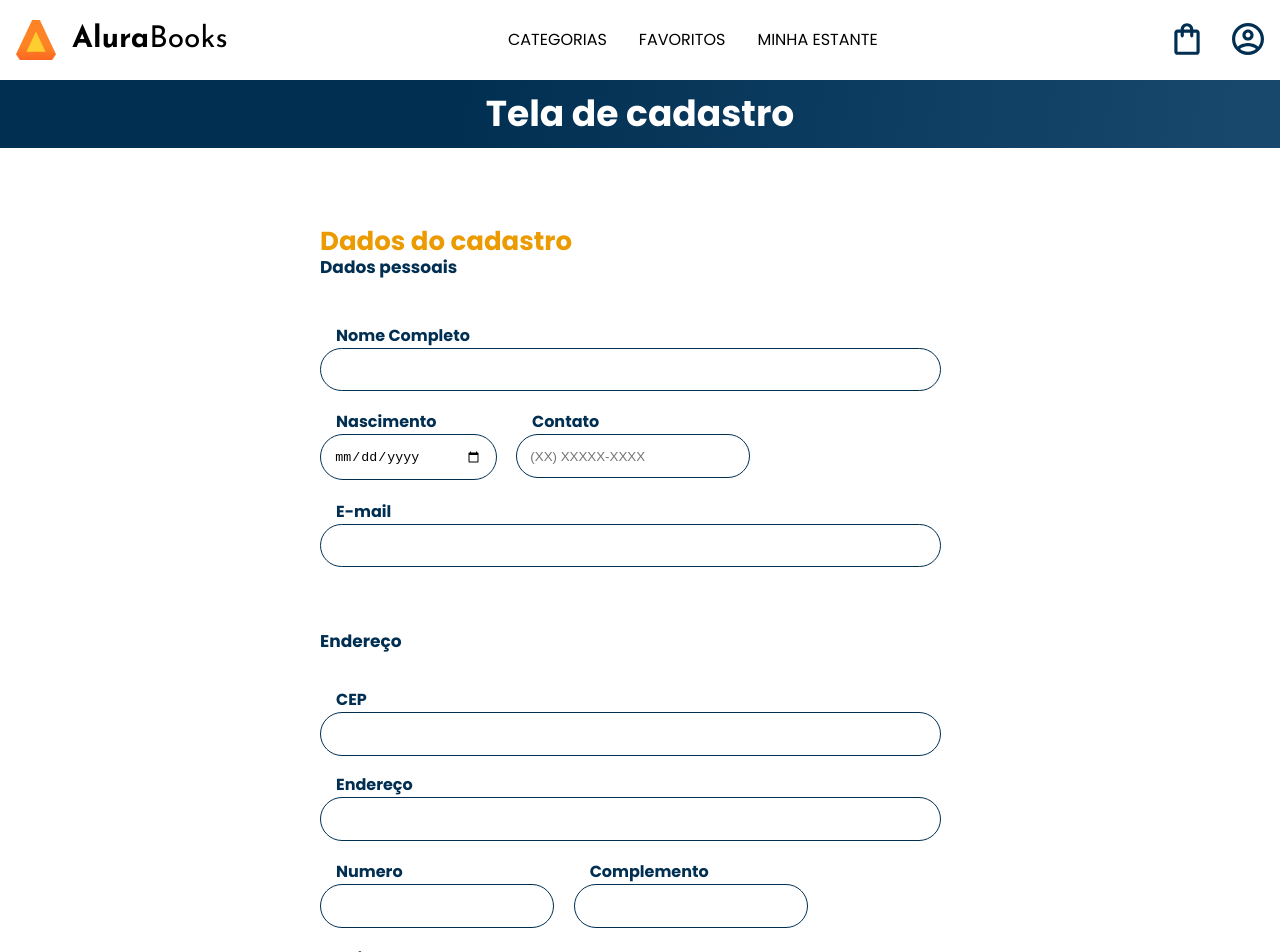
Repository: joaoPraiaJunior/viacep
Page: index.html
An editor plug-in stored every save of this project. The page is shown before and after the next save, followed by the edit.
The browser window is 1280 px wide. The pictures show the part of the page from y = 0 to 952 px (the page is 1844 px tall before and 1885 px after).
A picture or video elsewhere on the page could not be fetched, so the positions and the page height are approximate.

Above is the page before, as saved 2024-07-25 21:31:31.

### index.html
<!DOCTYPE html>
<html lang="pt-BR" dir="ltr">

<head>
    <meta charset="UTF-8">
    <meta http-equiv="X-UA-Compatible" content="IE=edge">
    <meta name="viewport" content="width=device-width, initial-scale=1.0">
    <link rel="stylesheet" href="./styles/reset.css">
    <link rel="preconnect" href="https://fonts.googleapis.com">
    <link rel="preconnect" href="https://fonts.gstatic.com" crossorigin>
    <link href="https://fonts.googleapis.com/css2?family=Poppins:wght@300;400;500;700&display=swap" rel="stylesheet">
    <link rel="stylesheet" href="https://unpkg.com/swiper@8/swiper-bundle.min.css" />
    <link href="https://fonts.googleapis.com/css2?family=Josefin+Sans:wght@400;700&display=swap" rel="stylesheet">
    <link rel="stylesheet" href="./styles/styles.css">
    <title>Formulário de cadastro</title>
</head>

<body>

    <header class="cabeçalho">
        <div class="container">
            <input type="checkbox" id="menu" class="container__botao">
            <label for="menu" class="container__rotulo">
                <span class="cabeçalho__menu-hamburguer container__imagem"></span>
            </label>
            <ul class="lista-menu">
                <li class="lista-menu__titulo">Categorias</li>
                <li class="lista-menu__item">
                    <a href="#" class="lista-menu__link">Programação</a>
                </li>
                <li class="lista-menu__item">
                    <a href="#" class="lista-menu__link">Front-end</a>
                </li>
                <li class="lista-menu__item">
                    <a href="#" class="lista-menu__link">Infraestrutura</a>
                </li>
                <li class="lista-menu__item">
                    <a href="#" class="lista-menu__link">Business</a>
                </li>
                <li class="lista-menu__item">
                    <a href="#" class="lista-menu__link">Design & UX</a>
                </li>
            </ul>
            <img src="img/Logo.svg" alt="Logo da Alurabooks" class="container__imagem">
            <h1 class="container__titulo"><b class="container__titulo--negrito">Alura</b>Books</h1>
        </div>

        <ul class="opções">
            <input type="checkbox" id="opções-menu" class="opções__botão">
            <li class="opções__item"><a href="#" class="opções__link">Categorias</a></li>
            <li class="opções__item"><a href="#" class="opções__link">Favoritos</a></li>
            <li class="opções__item"><a href="#" class="opções__link">Minha estante</a></li>
        </ul>

        <div class="container">
            <a href="#"><img src="img/Favoritos.svg" alt="Meus favoritos"
                    class="container__imagem container__imagem-transparente"></a>
            <a href="#" class="container__link">
                <img src="img/Compras.svg" alt="Carrinhos de compras" class="container__imagem">
                <p class="container__texto">Minha sacola</p>
            </a>
            <a href="#" class="container__link">
                <img src="img/Usuario.svg" alt="Meu perfil" class="container__imagem">
                <p class="container__texto">Meu perfil</p>
            </a>
        </div>
    </header>

    <section class="banner">
        <h2 class="banner__titulo">Tela de cadastro</h2>
    </section>

    <main class="principal">
        <h2 class="principal__titulo">Dados do cadastro</h2>

        <form class="principal__formulario" id="formulario" target="_blank"
            onsubmit="location.replace('./cadastro-finalizado.html')" data-js="formulario">
            <fieldset>
                <legend class="principal__subtitulo">Dados pessoais</legend>
                <div class="formulario__campo">
                    <label class="campo__etiqueta" for="nome">Nome Completo</label>
                    <input name="nome" id="nome" class="campo__escrita" required />
                </div>
                <div class="formulario__dupla">
                    <div class="formulario__campo">
                        <label class="campo__etiqueta" for="nascimento">Nascimento</label>
                        <input name="nascimento" id="nascimento" type="date" class="campo__escrita" required />
                    </div>
                    <div class="formulario__campo">
                        <label class="campo__etiqueta" for="telefone">Contato</label>
                        <input name="telefone" id="telefone" type="tel" placeholder="(XX) XXXXX-XXXX" class="campo__escrita"
                            required />
                    </div>
                </div>
                <div class="formulario__campo">
                    <label class="campo__etiqueta" for="email">E-mail</label>
                    <input name="email" id="email" type="email" class="campo__escrita" required />
                </div>
            </fieldset>

            <h3 class="principal__subtitulo">Endereço</h3>

            <div class="formulario__campo">
                <label class="campo__etiqueta" for="cep">CEP</label>
                <input name="cep" id="cep" class="campo__escrita" required />
                <div id="erro" class="formulario__erro" data-js="mensagem-de-erro"></div>
            </div>

            <div class="formulario__campo">
                <label class="campo__etiqueta" for="endereco">Endereço</label>
                <input name="endereco" id="endereco" class="campo__escrita" required />
            </div>
            <div class="formulario__dupla">
                <div class="formulario__campo">
                    <label class="campo__etiqueta" for="numero">Numero</label>
                    <input name="numero" id="numero" class="campo__escrita" required />
                </div>
                <div class="formulario__campo">
                    <label class="campo__etiqueta" for="complemento">Complemento</label>
                    <input name="complemento" id="complemento" class="campo__escrita" />
                </div>
            </div>
            <div class="formulario__campo">
                <label class="campo__etiqueta" for="bairro">Bairro</label>
                <input name="bairro" id="bairro" class="campo__escrita" required />
            </div>
            <div class="formulario__dupla">
                <div class="formulario__campo">
                    <label class="campo__etiqueta" for="cidade">Cidade</label>
                    <input name="cidade" id="cidade" class="campo__escrita" required />
                </div>

                <div class="formulario__campo">
                    <label class="campo__etiqueta" for="estado">UF</label>
                    <select id="estado" name="estado" class="campo__escrita">
                        <option value="AC">Acre</option>
                        <option value="AL">Alagoas</option>
                        <option value="AP">Amapá</option>
                        <option value="AM">Amazonas</option>
                        <option value="BA">Bahia</option>
                        <option value="CE">Ceará</option>
                        <option value="DF">Distrito Federal</option>
                        <option value="ES">Espírito Santo</option>
                        <option value="GO">Goiás</option>
                        <option value="MA">Maranhão</option>
                        <option value="MT">Mato Grosso</option>
                        <option value="MS">Mato Grosso do Sul</option>
                        <option value="MG">Minas Gerais</option>
                        <option value="PA">Pará</option>
                        <option value="PB">Paraíba</option>
                        <option value="PR">Paraná</option>
                        <option value="PE">Pernambuco</option>
                        <option value="PI">Piauí</option>
                        <option value="RJ">Rio de Janeiro</option>
                        <option value="RN">Rio Grande do Norte</option>
                        <option value="RS">Rio Grande do Sul</option>
                        <option value="RO">Rondônia</option>
                        <option value="RR">Roraima</option>
                        <option value="SC">Santa Catarina</option>
                        <option value="SP">São Paulo</option>
                        <option value="SE">Sergipe</option>
                        <option value="TO">Tocantins</option>
                        <option value="EX">Estrangeiro</option>
                    </select>
                </div>

            </div>


            <input type="submit" value="Enviar formulário" class="formulario__botao" id="enviar">
        </form>
    </main>

    <hr>
    <footer class="rodapé">
        <h2 class="rodapé__titulo">Grupo Alura</h2>
        <ul class="lista-rodapé">
            <li class="lista-rodapé__titulo">Educação</li>
            <li class="lista-rodapé__item">
                <img src="img/CasaDoCodigo.svg" alt="Logo da casa do código">
                <a href="https://www.casadocodigo.com.br/" class="lista-rodapé__link">Casa do código</a>
            </li>
            <li class="lista-rodapé__item">
                <img src="img/Caelum.svg" alt="Logo da caelum">
                <a href="https://caelum.com.br/" class="lista-rodapé__link">Caelum</a>
            </li>
        </ul>

        <ul class="lista-rodapé">
            <li class="lista-rodapé__titulo">Educação online</li>
            <li class="lista-rodapé__item">
                <img src="img/Alura.svg" alt="Logo da Alura">
                <a href="https://www.alura.com.br/" class="lista-rodapé__link">Alura</a>
            </li>
            <li class="lista-rodapé__item">
                <img src="img/AluraEmpresas.svg" alt="Logo da Alura para Empresas">
                <a href="https://www.alura.com.br/empresas" class="lista-rodapé__link">Alura para Empresas</a>
            </li>
            <li class="lista-rodapé__item">
                <img src="img/AluraLATAM.svg" alt="Logo da Alura Latam">
                <a href="https://www.aluracursos.com/" class="lista-rodapé__link">Alura LATAM</a>
            </li>
            <li class="lista-rodapé__item">
                <img src="img/AluraStart.svg" alt="Logo da Alura START">
                <a href="https://www.alurastart.com.br/" class="lista-rodapé__link">Alura Start</a>
            </li>
            <li class="lista-rodapé__item">
                <img src="img/MusicDot.svg" alt="Logo da Music Dot">
                <a href="https://www.musicdot.com.br/" class="lista-rodapé__link">Music Dot</a>
            </li>
            <li class="lista-rodapé__item">
                <img src="img/AluraLingua.svg" alt="Logo da Alura Lingua">
                <a href="https://www.aluralingua.com.br/" class="lista-rodapé__link">Alura Lingua</a>
            </li>
            <li class="lista-rodapé__item">
                <img src="img/PM3.svg" alt="Logo da PM3">
                <a href="https://www.cursospm3.com.br/" class="lista-rodapé__link">PM3</a>
            </li>
        </ul>

        <ul class="lista-rodapé">
            <li class="lista-rodapé__titulo">Comunidade</li>
            <li class="lista-rodapé__item">
                <img src="img/HipstersTech.svg" alt="Logo do Hipsters ponto Tech">
                <a href="https://hipsters.tech/" class="lista-rodapé__link">Hipsters ponto Tech</a>
            </li>
            <li class="lista-rodapé__item">
                <img src="img/ScubaDev.svg" alt="Logo do Scuba Dev">
                <a href="https://scuba.dev.br/" class="lista-rodapé__link">Scuba Dev</a>
            </li>
            <li class="lista-rodapé__item">
                <img src="img/LayersTech.svg" alt="Logo do Layers ponto Tech">
                <a href="https://layerspontotech.com.br/" class="lista-rodapé__link">Layers ponto Tech</a>
            </li>
            <li class="lista-rodapé__item">
                <img src="img/LikeABoss.svg" alt="Logo do Like a Boss">
                <a href="https://likeaboss.com.br/" class="lista-rodapé__link">Like a Boss</a>
            </li>
            <li class="lista-rodapé__item">
                <img src="img/CarreiraSemFronteira.svg" alt="Logo do Carreira sem fronteiras">
                <a href="https://www.carreirasemfronteiras.com.br/" class="lista-rodapé__link">Carreira sem
                    fronteiras</a>
            </li>
            <li class="lista-rodapé__item">
                <img src="img/HipstersJobs.svg" alt="Logo do Hipsters ponto jobs">
                <a href="https://hipsters.jobs/" class="lista-rodapé__link">Hipsters ponto jobs</a>
            </li>
            <li class="lista-rodapé__item">
                <img src="img/GUJ.svg" alt="Logo do GUJ">
                <a href="https://www.guj.com.br/" class="lista-rodapé__link">GUJ</a>
            </li>
        </ul>
    </footer>

    <script src="./js/script.js"></script>
</body>

</html>

### styles/header.css
.cabeçalho__menu-hamburguer {
    width: 24px;
    height: 24px;
    background-image: url("../img/Menu.svg");
    background-repeat: no-repeat;
    background-position: center;
    display: inline-block;
}

.container__botao:checked~.container__rotulo>.cabeçalho__menu-hamburguer {
    background-image: url("../img/Menu Aberto.svg");
}

.container__botao:checked~.container__rotulo {
    background: var(--azul-degrade);
}

.cabeçalho {
    background-color: var(--branco);
    display: flex;
    justify-content: space-between;
    align-items: center;
    position: relative;
}

.container {
    display: flex;
    align-items: center;
}

.container__imagem {
    padding: 1em;
}

.lista-menu {
    display: none;
    position: absolute;
    top: 100%;
    width: 60vw;
}

.container__botao:checked~.lista-menu {
    display: block;
}

.lista-menu__titulo,
.lista-menu__item {
    padding: 1em;
    background-color: var(--branco);
}

.lista-menu__titulo {
    color: var(--laranja);
    font-weight: 700;
}

.lista-menu__link {
    background: var(--azul-degrade);
    -webkit-background-clip: text;
    -webkit-text-fill-color: transparent;
    background-clip: text;
    text-transform: uppercase;
}

.container__botao {
    display: none;
}

.container__titulo {
    display: none;
}

.opções {
    display: none;
}

.container__texto {
    display: none;
}

@media screen and (min-width: 1024px) {

    .container__titulo,
    .container__titulo--negrito {
        font-family: var(--fonte-secundario);
        font-size: 30px;
    }

    .container__titulo {
        font-weight: 400;
        display: block;
    }

    .container__titulo--negrito {
        font-weight: 700;
    }

    .opções {
        display: flex;
    }

    .opções__item {
        padding: 0 1em;
        text-transform: uppercase;
    }

    .opções__link {
        text-decoration: none;
        color: var(--preto);
    }

    .container__imagem-transparente {
        display: none;
    }

    .cabeçalho__menu-hamburguer {
        display: none;
    }

    .opções__botão:checked~.lista-menu {
        display: block;
        width: auto;
    }

    .opções__botão {
        display: none;
    }

    .opções__botão:checked~.opções__rotulo>.opções__item {
        background: var(--azul-degrade);
        color: var(--branco);
    }

    .opções__item {
        padding: 2em 1em;
    }

    .lista-menu__item:hover {
        background: var(--azul-degrade);
    }

    .lista-menu__item:hover>.lista-menu__link {
        -webkit-text-fill-color: var(--branco);
        text-decoration: none;
    }

}

@media screen and (min-width: 1728px) {
    .container__link {
        display: flex;
        align-items: center;
        text-decoration: none;
        color: var(--preto);
    }

    .cabeçalho {
        padding: 0 2em;
    }

    .opções {
        margin-right: auto;
    }

    .container__texto {
        display: block;
    }
}

### styles/formulario.css
.principal {
    width: 50vw;
    margin: 5em auto 6em auto;
}

.principal__titulo {
    font-style: normal;
    font-weight: 700;
    font-size: 26px;
    color: var(--laranja)
}

.principal__subtitulo {
    font-weight: 700;
    font-size: 17px;
    line-height: 26px;
    color: var(--azul);
    margin: 3em 0 2em 0;
}

.campo__etiqueta {
    display: block;
    font-weight: 700;
    font-size: 16px;
    line-height: 24px;
    color: var(--azul);
    margin-left: 1em;
}

.campo__escrita {
    border: 1px solid var(--azul);
    border-radius: 24px;
    padding: 1em;
    width: 100%;
}

.formulario__campo {
    margin: .6em 3em .6em 0;

}

.formulario__dupla {
    display: flex;
}

.formulario__botao {
    background: var(--laranja);
    padding: 1em 4em;
    font-weight: 700;
    font-size: 20px;
    line-height: 30px;
    border: none;
    color: var(--branco);
    cursor: pointer;
    float: right;
}

.formulario__erro {
    display: flex;
    align-items: center;
    margin-top: .5em;
}

.erro__imagem {
    width: 16px;
    height: 16px;
    margin: 0 .5em;
    background-image: url('../img/warning.png');
    background-repeat: no-repeat;
    background-size: contain;
}

.erro__texto {
    font-size: 12px;
    line-height: 18px;
    color: var(--vermelho);
}

### styles/rodape.css
hr {
    margin: 0;
}

.rodapé {
    background-color: var(--branco);
    padding: 1em;
}

.lista-rodapé {
    display: none;
}

@media screen and (min-width: 1024px) {
    .rodapé {
        display: flex;
        justify-content: space-around;
    }

    .lista-rodapé {
        display: block;
    }

    .lista-rodapé__item {
        display: flex;
        align-items: center;
        margin: 0.6em 0;
    }

    .lista-rodapé__link {
        color: var(--cinza);
        text-decoration: none;
        margin-left: 0.6em;
    }

    .lista-rodapé__titulo {
        font-size: 14px;
        color: var(--cinza-claro);
    }

    .rodapé__titulo {
        font-size: 24px;
    }
}

@media screen and (min-width: 1728px) {
    .lista-rodapé {
        border-left: 1px solid var(--cinza-claro);
        padding-left: 1em;
    }

    .rodapé {
        padding: 3em 0;
    }
}

Loaded but not shown: styles/reset.css (common file); styles/styles.css (common file); styles/banner.css (common file); styles/cadastro.css (common file); js/script.js (38 lines, source omitted)

After the next save:
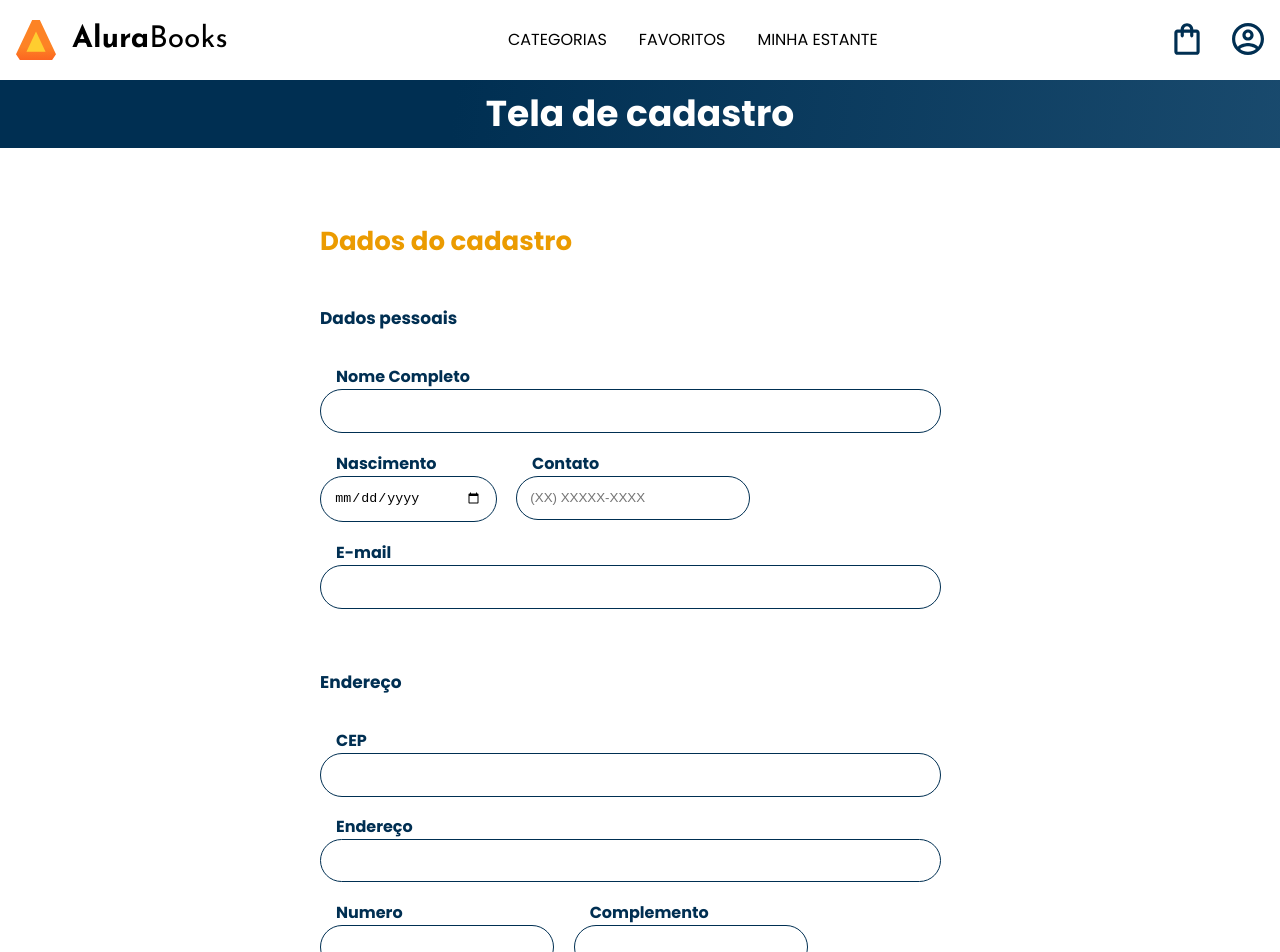
Saved 2 min 36 s later.
--- a/index.html
+++ b/index.html
@@ -76,7 +76,7 @@
         <form class="principal__formulario" id="formulario" target="_blank"
             onsubmit="location.replace('./cadastro-finalizado.html')" data-js="formulario">
             <fieldset>
-                <legend class="principal__subtitulo">Dados pessoais</legend>
+                <h3 class="principal__subtitulo">Dados pessoais</h3>
                 <div class="formulario__campo">
                     <label class="campo__etiqueta" for="nome">Nome Completo</label>
                     <input name="nome" id="nome" class="campo__escrita" required />

After the save that followed:
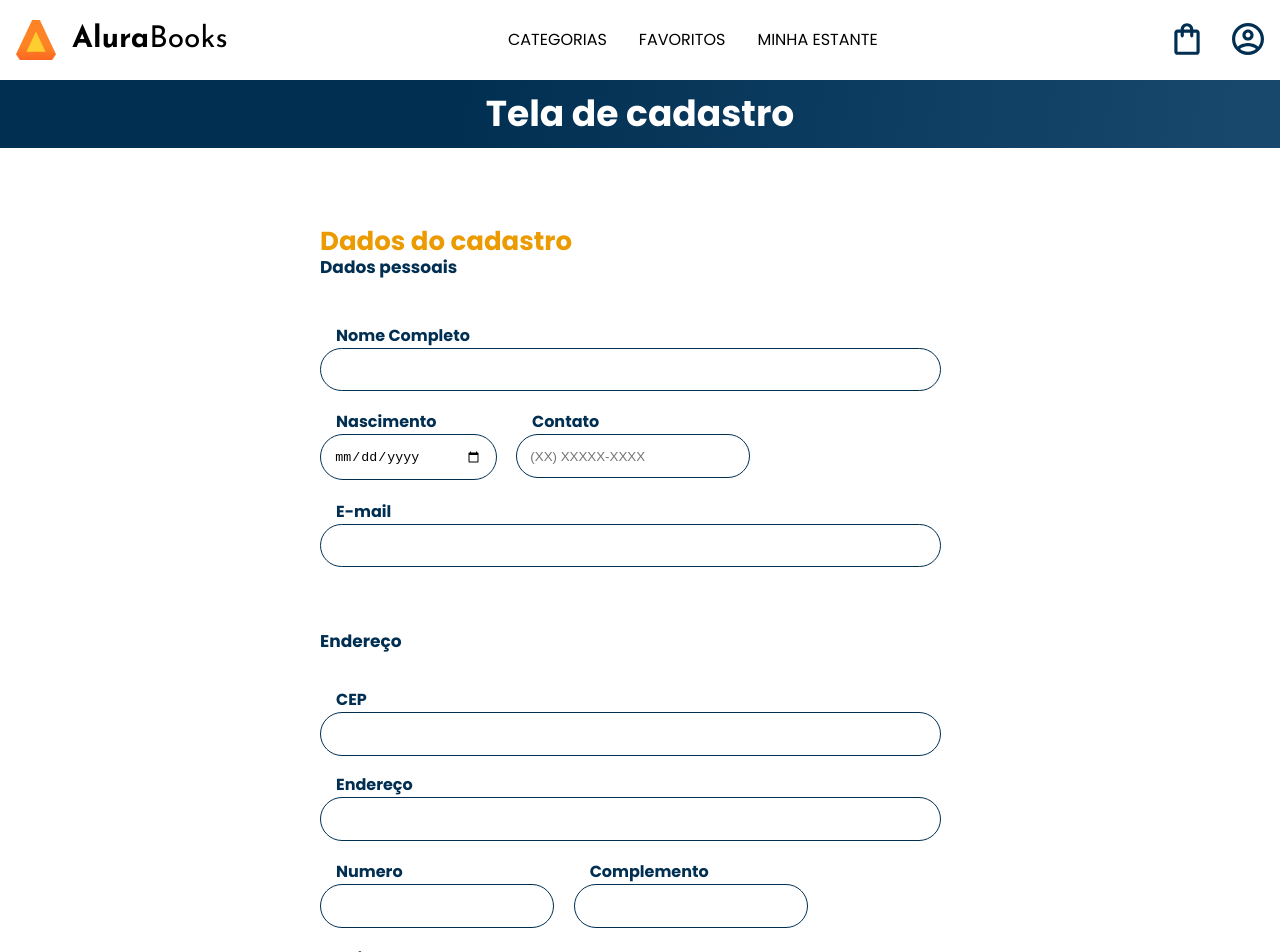
Saved 38 s later.
--- a/index.html
+++ b/index.html
@@ -76,7 +76,7 @@
         <form class="principal__formulario" id="formulario" target="_blank"
             onsubmit="location.replace('./cadastro-finalizado.html')" data-js="formulario">
             <fieldset>
-                <h3 class="principal__subtitulo">Dados pessoais</h3>
+                <legend class="principal__subtitulo">Dados pessoais</legend>
                 <div class="formulario__campo">
                     <label class="campo__etiqueta" for="nome">Nome Completo</label>
                     <input name="nome" id="nome" class="campo__escrita" required />
